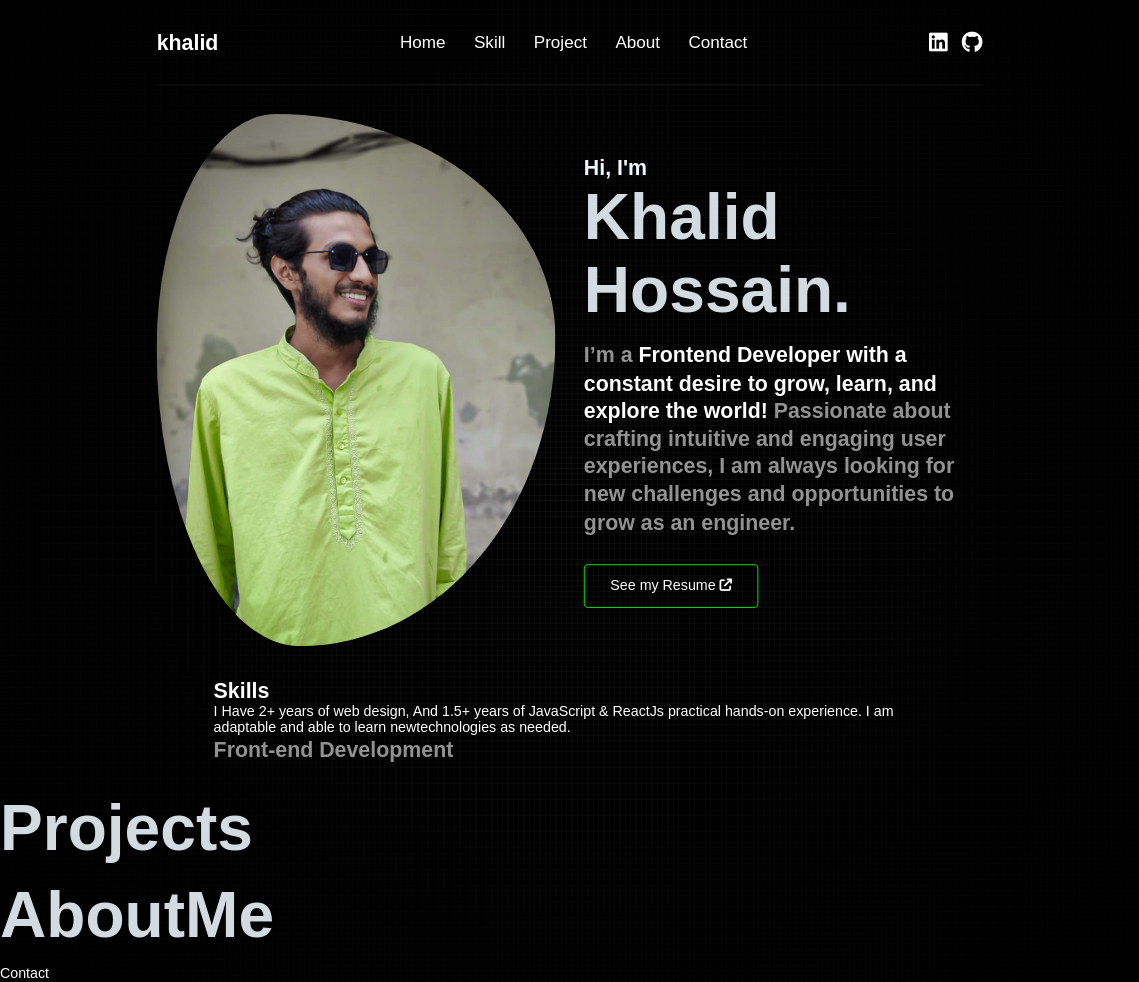
Repository: badhon252/my-portfolio
Page: /
The author's editor kept a copy of each file at every save. The page is drawn from the files as they stood at one save, then again after the next save.
The browser window is 1280 px wide. The pictures show the whole page, at 89% of full size.
The project was rebuilt for these pictures with package versions that can differ from the ones it lists, and the page was loaded fresh each time. Also part of the build but not shown: src/Components/Home/Header/Navbar/Navs/LinkedIn/LinkedIn.module.css, src/Components/Home/Header/Navbar/Navs/GitHub/Github.module.css.

Above is the page before, as saved 2023-01-16 14:13:42.

After the next save:
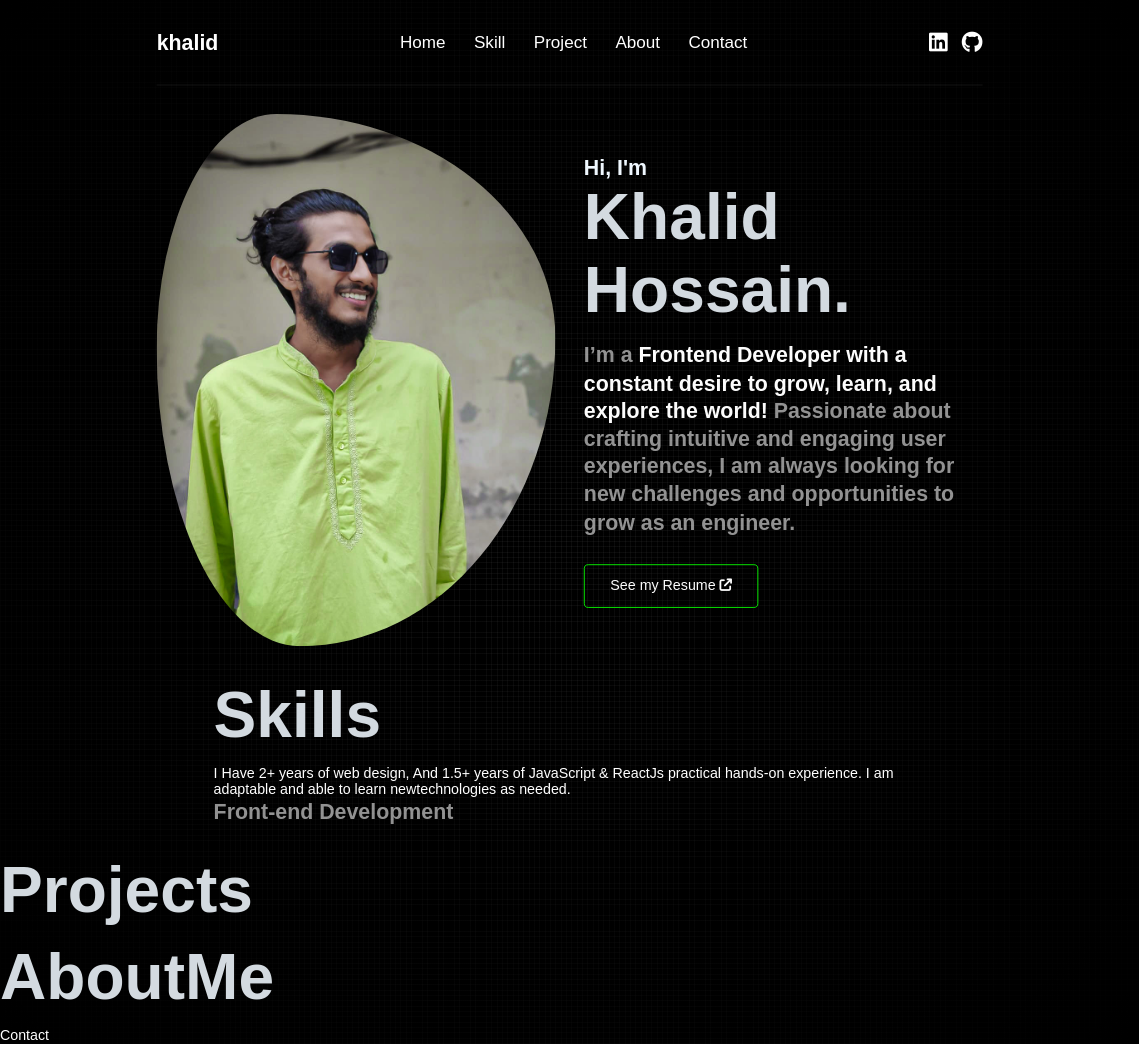
Saved 35 s later.
--- a/src/Components/Home/Skill/Skill.jsx
+++ b/src/Components/Home/Skill/Skill.jsx
@@ -4,7 +4,7 @@
     return (
        <div id="skill" className="skillSet container">
             <div className="skillSet__title">
-                <h2>Skills</h2>
+                <h1>Skills</h1>
 
                 <div className="skillSet__title__line">
                      I Have 2+ years of web design, And 1.5+ years of JavaScript & ReactJs practical hands-on experience.

After the save that followed:
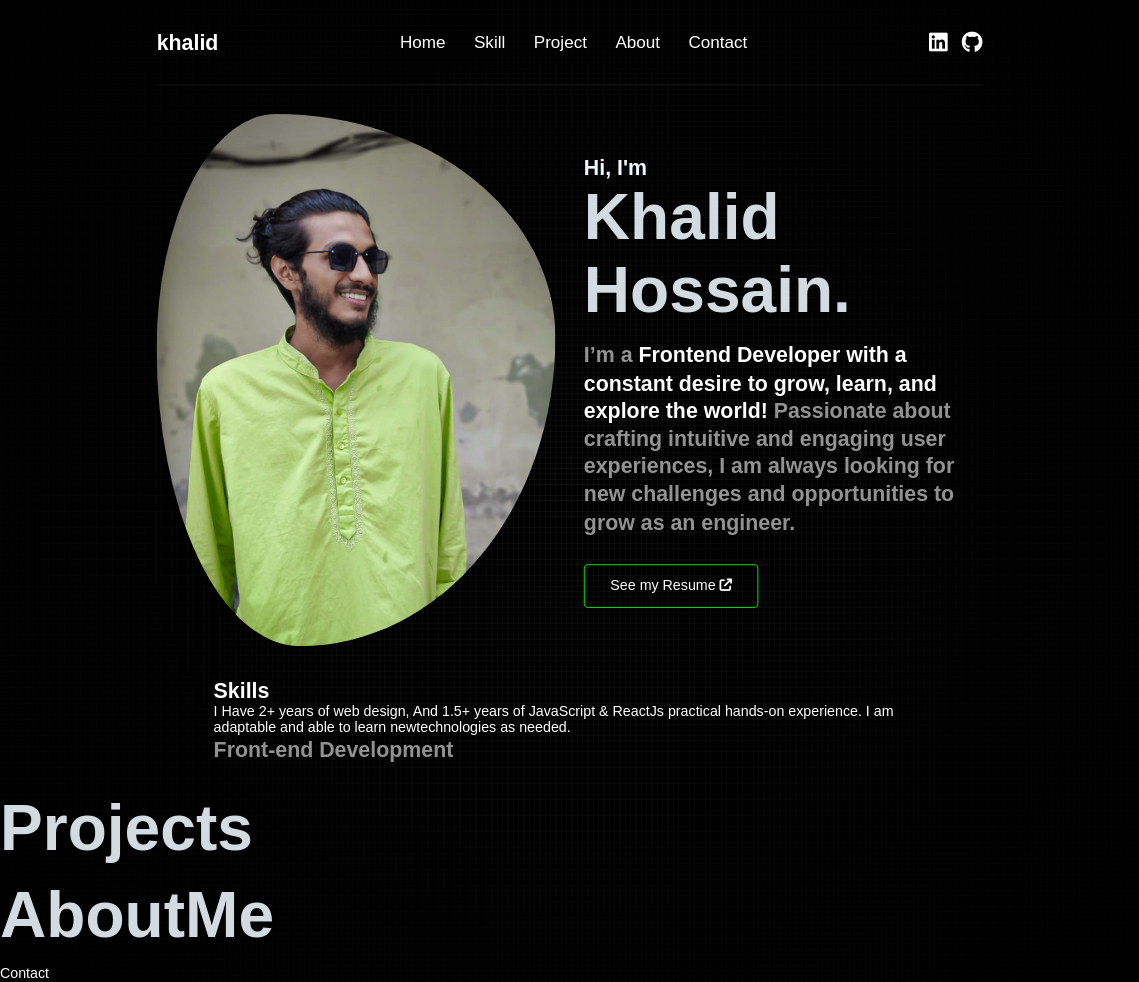
Saved 18 s later.
--- a/src/Components/Home/Skill/Skill.jsx
+++ b/src/Components/Home/Skill/Skill.jsx
@@ -4,7 +4,7 @@
     return (
        <div id="skill" className="skillSet container">
             <div className="skillSet__title">
-                <h1>Skills</h1>
+                <h2>Skills</h2>
 
                 <div className="skillSet__title__line">
                      I Have 2+ years of web design, And 1.5+ years of JavaScript & ReactJs practical hands-on experience.
